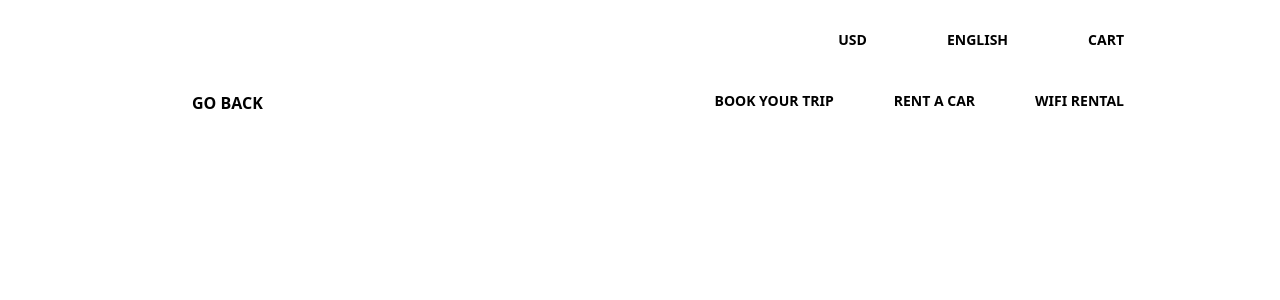
Repository: uh-sman/Iceland
Page: /
The author's editor kept a copy of each file at every save. The page is drawn from the files as they stood at one save, then again after the next save.
The browser window is 1280 px wide. The pictures show the whole page.
The project was rebuilt for these pictures with package versions that can differ from the ones it lists, and the page was loaded fresh each time.

Above is the page before, as saved 2022-09-08 21:03:29.

### src/App.js
import logo from "./logo.svg";
import "./App.css";
import { Topnav } from "./components/Topnav";
import { FullNav } from "./components/FullNav";

function App() {
  return (
    <div className="App">
      <FullNav />
    </div>
  );
}

export default App;

### src/components/Topnav.js
import React from "react";

export const Topnav = () => {
  return (
    <div className="container w-full py-[30px]">
      <nav className="absolute right-[156px]">
        <ul className="space-x-20 text-sm font-semibold">
          <a href="">USD</a>
          <a href="">ENGLISH</a>
          <a href="">CART</a>
        </ul>
      </nav>
    </div>
  );
};

### src/components/FullNav.jsx
import React from "react";
import { Bottomnav } from "./Bottomnav";
import { Topnav } from "./Topnav";

export const FullNav = () => {
  return (
    <div>
      <Topnav />
      <Bottomnav />
    </div>
  );
};

### src/components/Bottomnav.js
import React from "react";
import { FaLongArrowAltLeft } from "react-icons/fa";
export const Bottomnav = () => {
  return (
    <nav className="container w-full">
      <div className="py-[31px]">
        <div className="container">
          <h1>
            <a className="absolute left-[192px] cursor-pointer font-semibold text-md">
              GO BACK
            </a>
          </h1>
        </div>
        <div className="container">
          <div className="absolute right-[156px]">
            <ul className="space-x-[60px] text-sm font-semibold cursor-pointer">
              <a>BOOK YOUR TRIP</a>
              <a>RENT A CAR</a>
              <a>WIFI RENTAL</a>
            </ul>
          </div>
        </div>
      </div>
    </nav>
  );
};

### tailwind.config.js
/** @type {import('tailwindcss').Config} */
module.exports = {
  content: ["./src/**/*.{html,js,jsx}"],
  theme: {
    screens: {
      sm: "480px",
      md: "768px",
      lg: "976px",
      xl: "1440px",
    },
    extend: {},
  },
  plugins: [],
};

Loaded but not shown: public/index.html (common file); src/index.js (common file); src/index.css (common file); src/App.css (common file)

After the next save:
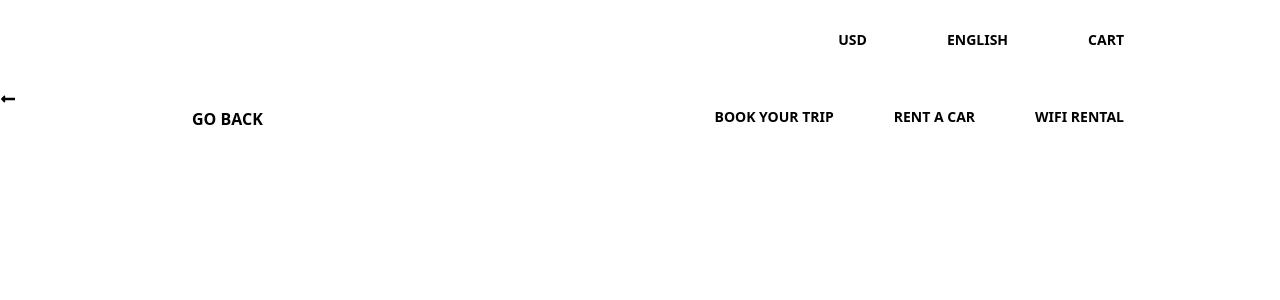
Saved 25 s later.
--- a/src/components/Bottomnav.js
+++ b/src/components/Bottomnav.js
@@ -6,6 +6,7 @@ export const Bottomnav = () => {
       <div className="py-[31px]">
         <div className="container">
           <h1>
+            <FaLongArrowAltLeft />
             <a className="absolute left-[192px] cursor-pointer font-semibold text-md">
               GO BACK
             </a>
